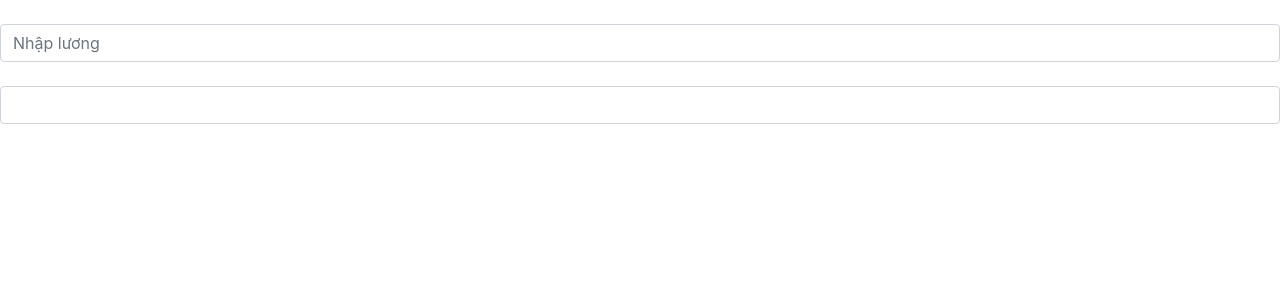
Repository: thanhfrankie/BC10-LeMinhThanh-Js-b2-3
Page: index.html
The author's editor kept a copy of each file at every save. The page is drawn from the files as they stood at one save, then again after the next save.
The browser window is 1280 px wide. The pictures show the whole page.

Above is the page before, as saved 2023-12-15 09:58:19.

After the next save:
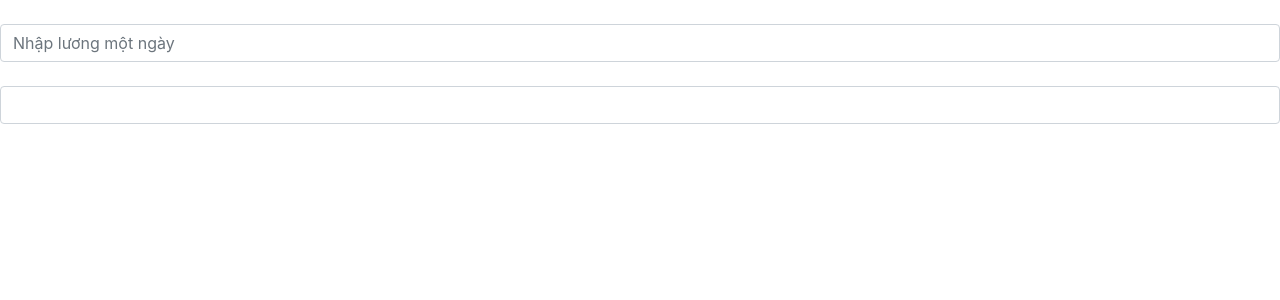
Saved 4 s later.
--- a/index.html
+++ b/index.html
@@ -13,7 +13,7 @@
       <div class="form-group">
         <label for=""></label>
         <input type="text"
-          class="form-control" name="" id="" aria-describedby="helpId" placeholder="Nhập lương ">
+          class="form-control" name="" id="" aria-describedby="helpId" placeholder="Nhập lương một ngày">
         <label for=""></label>
         <input type="text"
           class="form-control" name="" id="" aria-describedby="helpId" placeholder="">
